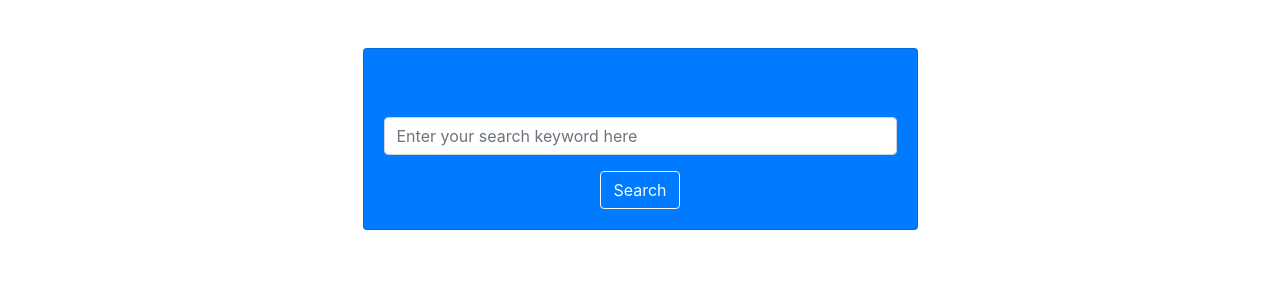
Repository: modinilesh/SpringMVC
Page: http://localhost/springmvcsearch/home
An editor plug-in stored every save of this project. The page is shown before and after the next save, followed by the edit.
The browser window is 1280 px wide. The pictures show the whole page.
Some web libraries are served in a nearby version. The page is served by Tomcat 9. Other server files are loaded and not shown.

Above is the page before, as saved 2023-10-20 07:22:34.

### springmvcsearch/src/main/webapp/WEB-INF/spring-servlet.xml
<?xml version="1.0" encoding="UTF-8"?>
<beans xmlns="http://www.springframework.org/schema/beans"
	xmlns:xsi="http://www.w3.org/2001/XMLSchema-instance"
	xmlns:context="http://www.springframework.org/schema/context"
	xmlns:p="http://www.springframework.org/schema/p"
	xmlns:tx="http://www.springframework.org/schema/tx"
	xsi:schemaLocation="http://www.springframework.org/schema/beans
		http://www.springframework.org/schema/beans/spring-beans.xsd
		http://www.springframework.org/schema/context
		http://www.springframework.org/schema/context/spring-context.xsd
		http://www.springframework.org/schema/mvc
        http://www.springframework.org/schema/mvc/spring-mvc.xsd
        http://www.springframework.org/schema/tx
        http://www.springframework.org/schema/tx/spring-tx.xsd">


	<context:component-scan base-package="springmvcsearch" /> <!--it will activate all annotations used in each packages starting with
		springmvcsearch name -->

	<!--Step-3 : Configuring view Resolver -->

	<bean
		class="org.springframework.web.servlet.view.InternalResourceViewResolver"
		name="viewResolver">
		<property name="prefix" value="/WEB-INF/views/" />
		<property name="suffix" value=".jsp" />
	</bean>


</beans>

### springmvcsearch/src/main/webapp/WEB-INF/views/home.jsp
<!doctype html>
<html lang="en">
<head>
<!-- Required meta tags -->
<meta charset="utf-8">
<meta name="viewport"
	content="width=device-width, initial-scale=1, shrink-to-fit=no">

<!-- Bootstrap CSS -->
<link rel="stylesheet"
	href="https://cdn.jsdelivr.net/npm/bootstrap@4.0.0/dist/css/bootstrap.min.css"
	integrity="sha384-Gn5384xqQ1aoWXA+058RXPxPg6fy4IWvTNh0E263XmFcJlSAwiGgFAW/dAiS6JXm"
	crossorigin="anonymous">

<title>Home Page</title>
</head>
<body>

	<div class="container">

		<div class="card mx-auto mt-5 bg-primary" style="width: 50%">

			<div class="card-body">

				<form action="" class="mt-5">

					<div class="form-group">
						<input type="text" name="querybox"
							placeholder="Enter your search keyword here" class="form-control" />
					</div>

					<div class="container text-center">
						<button class="btn btn-outline-light">Search</button>
					</div>

				</form>

			</div>

		</div>

	</div>





	<!-- Optional JavaScript -->
	<!-- jQuery first, then Popper.js, then Bootstrap JS -->
	<script src="https://code.jquery.com/jquery-3.2.1.slim.min.js"
		integrity="sha384-KJ3o2DKtIkvYIK3UENzmM7KCkRr/rE9/Qpg6aAZGJwFDMVNA/GpGFF93hXpG5KkN"
		crossorigin="anonymous"></script>
	<script
		src="https://cdn.jsdelivr.net/npm/popper.js@1.12.9/dist/umd/popper.min.js"
		integrity="sha384-ApNbgh9B+Y1QKtv3Rn7W3mgPxhU9K/ScQsAP7hUibX39j7fakFPskvXusvfa0b4Q"
		crossorigin="anonymous"></script>
	<script
		src="https://cdn.jsdelivr.net/npm/bootstrap@4.0.0/dist/js/bootstrap.min.js"
		integrity="sha384-JZR6Spejh4U02d8jOt6vLEHfe/JQGiRRSQQxSfFWpi1MquVdAyjUar5+76PVCmYl"
		crossorigin="anonymous"></script>
</body>
</html>

### springmvcsearch/src/main/java/springmvcsearch/SearchController.java
package springmvcsearch;

import org.springframework.stereotype.Controller;
import org.springframework.web.bind.annotation.RequestMapping;

@Controller
public class SearchController {

	@RequestMapping("/home")
	public String home() {
		return "home";
	}

}

After the next save:
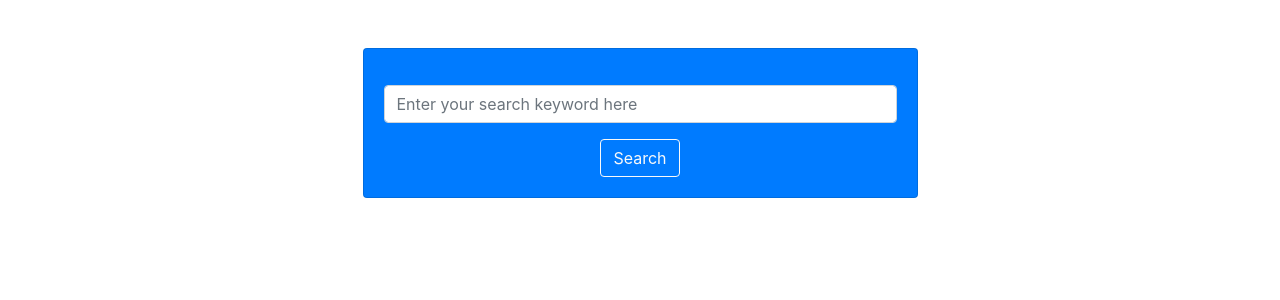
Saved 27 s later.
--- a/springmvcsearch/src/main/webapp/WEB-INF/views/home.jsp
+++ b/springmvcsearch/src/main/webapp/WEB-INF/views/home.jsp
@@ -22,7 +22,7 @@
 
 			<div class="card-body">
 
-				<form action="" class="mt-5">
+				<form action="" class="mt-3">
 
 					<div class="form-group">
 						<input type="text" name="querybox"
